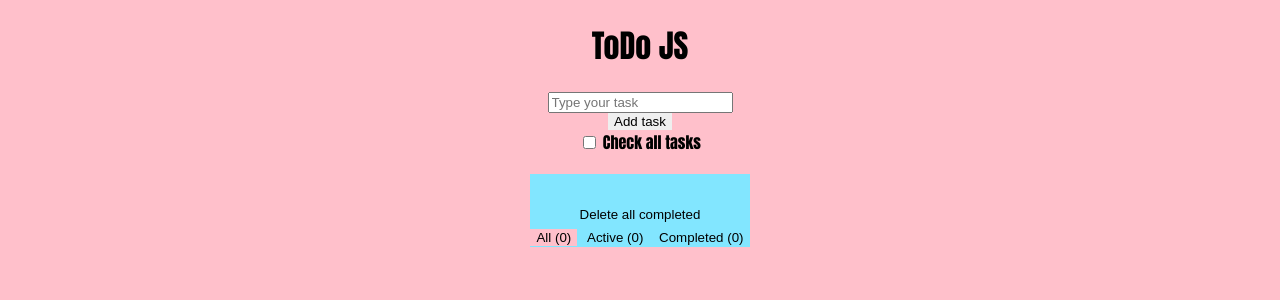
Repository: mklyagin/klyagin_todojs
Page: index.html
The author's editor kept a copy of each file at every save. The page is drawn from the files as they stood at one save, then again after the next save.
The browser window is 1280 px wide. The pictures show the whole page.

Above is the page before, as saved 2024-02-27 17:39:20.

After the next save:
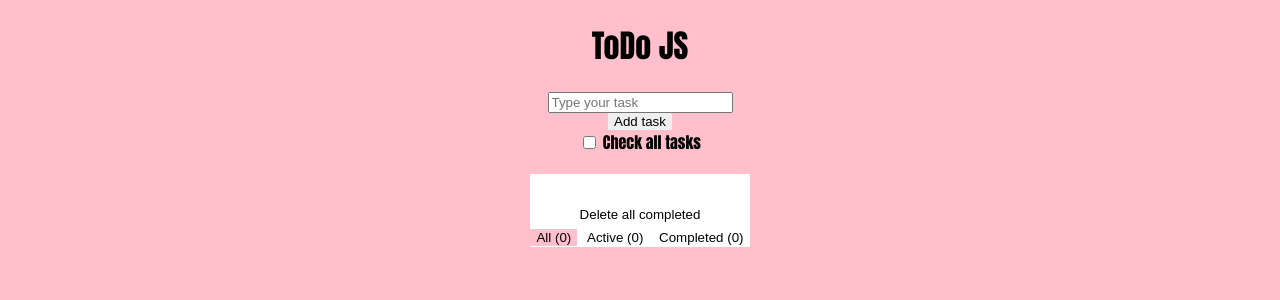
Saved 83 s later.
--- a/style.css
+++ b/style.css
@@ -28,7 +28,7 @@ li {
   flex-direction: column;
   align-items: center;
   justify-content: space-between;
-  background: #82e6ff;
+  background: #ffffff;
 }
 
 .task-functions > button {
